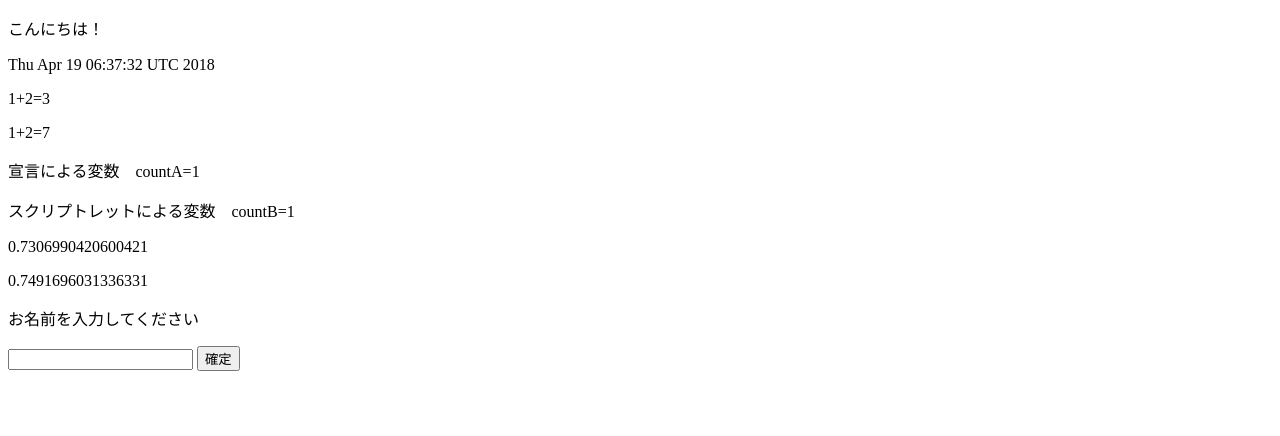
Repository: rt-1217/j2
Page: http://localhost/HelloJSP/
An editor plug-in stored every save of this project. The page is shown before and after the next save, followed by the edit.
The browser window is 1280 px wide. The pictures show the whole page.
The page is served by Tomcat 9.

Above is the page before, as saved 2018-04-19 07:09:02.

After the next save:
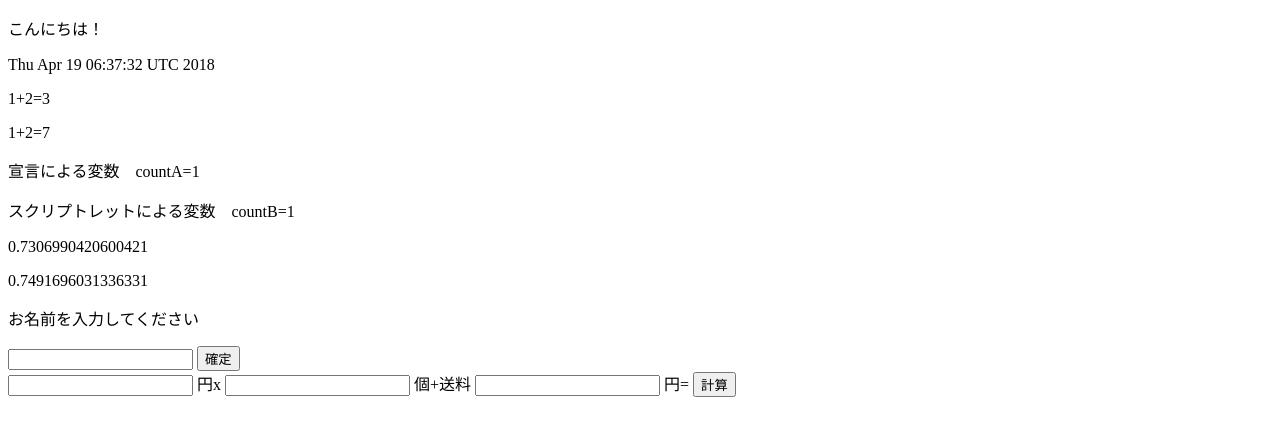
Saved 15 min 41 s later.
--- a/HelloJSP/WebContent/index.jsp
+++ b/HelloJSP/WebContent/index.jsp
@@ -39,5 +39,15 @@ countB++;
 <input type="submit" value="確定">
 </form>
 
+<form method="post" action="total-out.jsp">
+<input type="text" name="price">
+円x
+<input type="text" name="count">
+個+送料
+<input type="text" name="delivery">
+円=
+<input type="submit" value="計算">
+</form>
+
 </body>
 </html>
